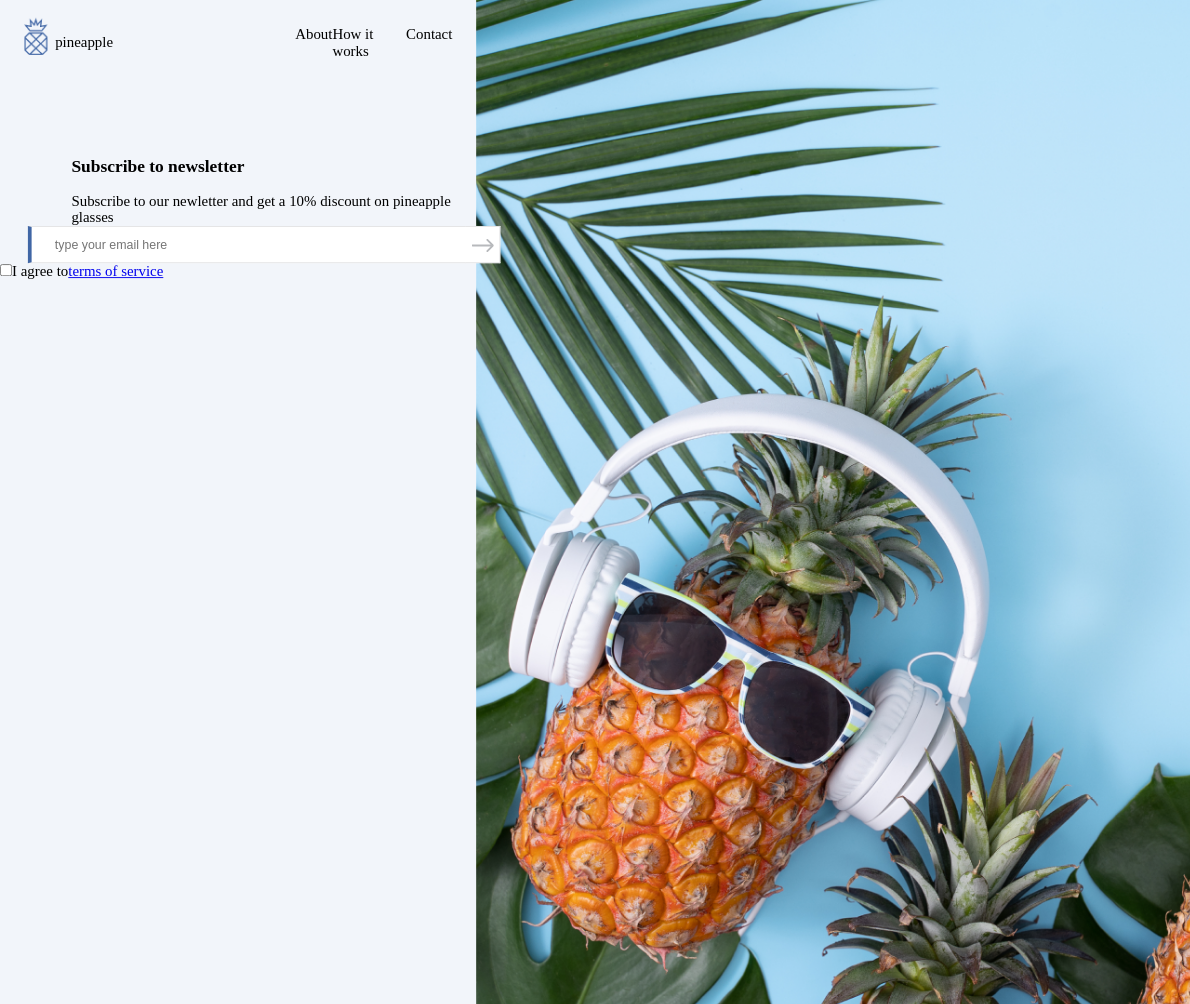
Repository: PaulsBebris/megabit-task
Page: /
These files come from the project's save history. The page is drawn as it stood at one moment and after the next save; the edit follows.
The browser window is 1280 px wide. The pictures show the whole page, at 93% of full size.
The project was rebuilt for these pictures with package versions that can differ from the ones it lists, and the page was loaded fresh each time.

Above is the page before, as saved 2021-04-19 14:38:34.

After the next save:
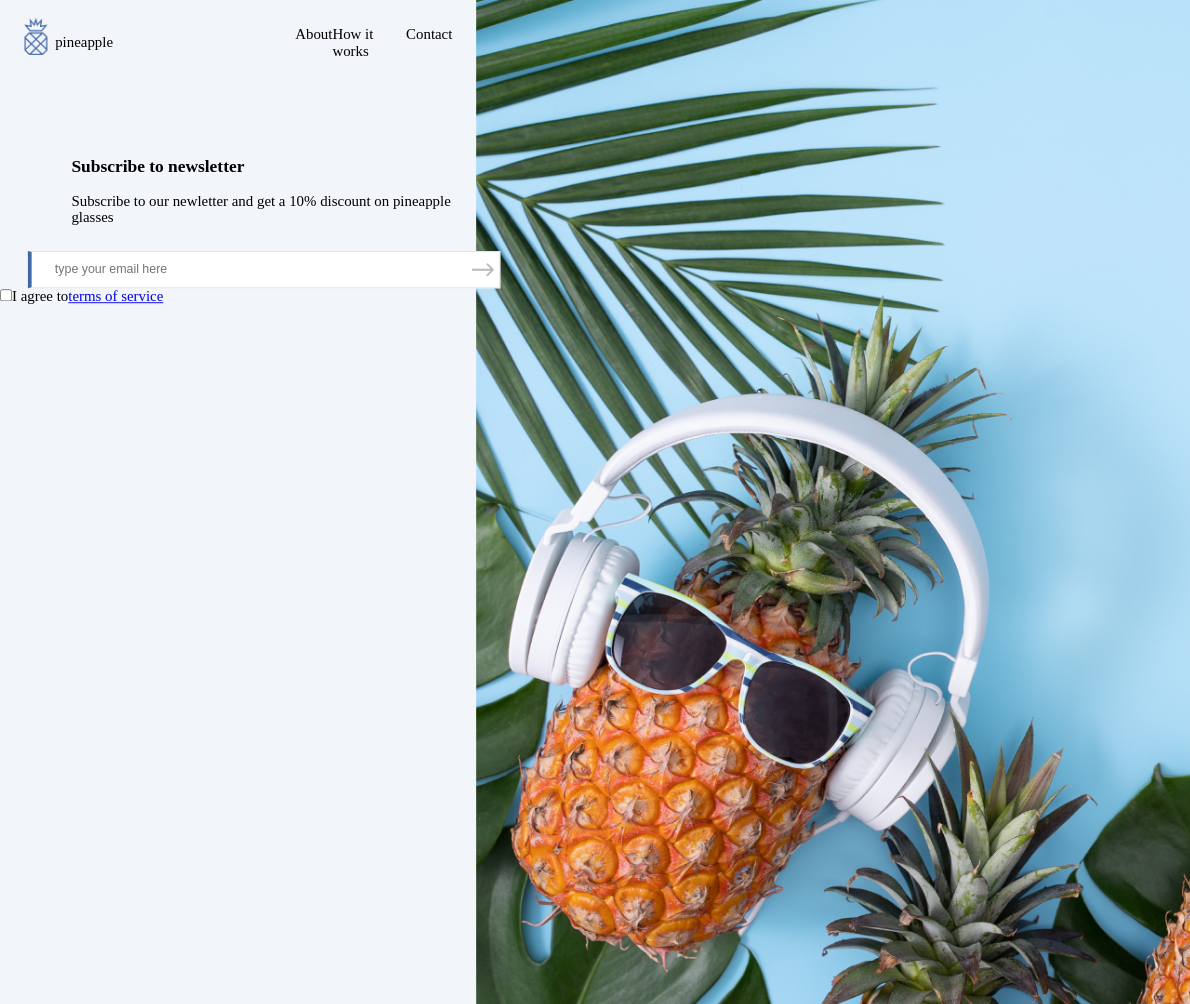
Saved 8 s later.
--- a/src/views/Home.vue
+++ b/src/views/Home.vue
@@ -106,7 +106,7 @@ export default {
   margin-bottom: 4%;
 }
 .content-wrapper p {
-  margin-bottom: 6;
+  margin-bottom: 6%;
 }
 .subscribe-form-wrapper {
   display: flex;
